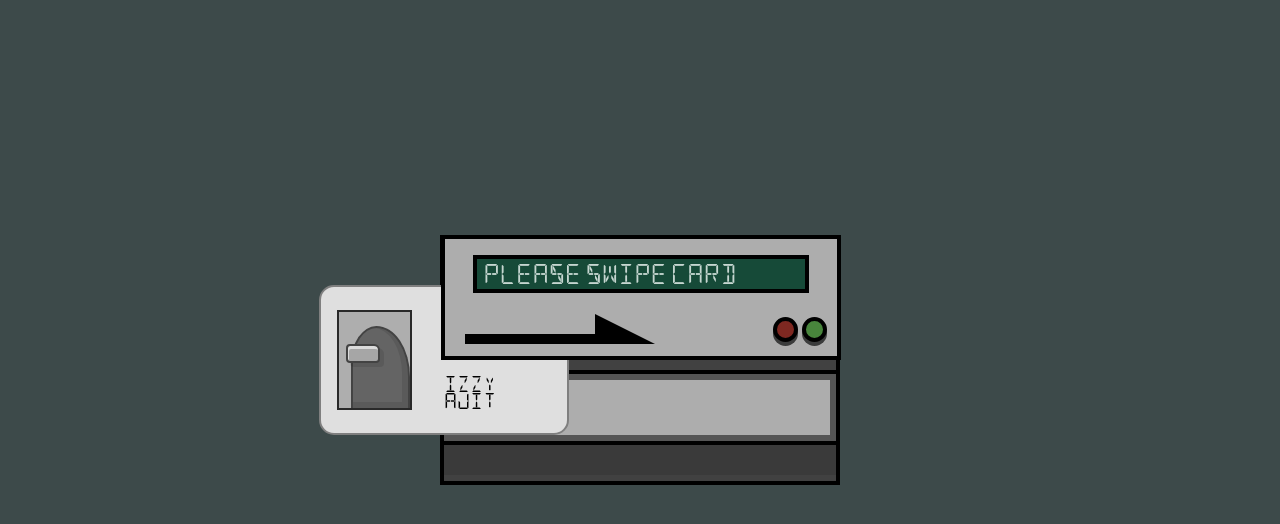
Repository: Aaquib111/Aaquib111.github.io
Page: treasure-page.html
These files come from the project's save history. The page is drawn as it stood at one moment and after the next save; the edit follows.
The browser window is 1280 px wide. The pictures show the whole page.
Some web fonts or font styles are not loaded; a fallback is used.

Above is the page before, as saved 2021-05-20 20:19:31.

After the next save:
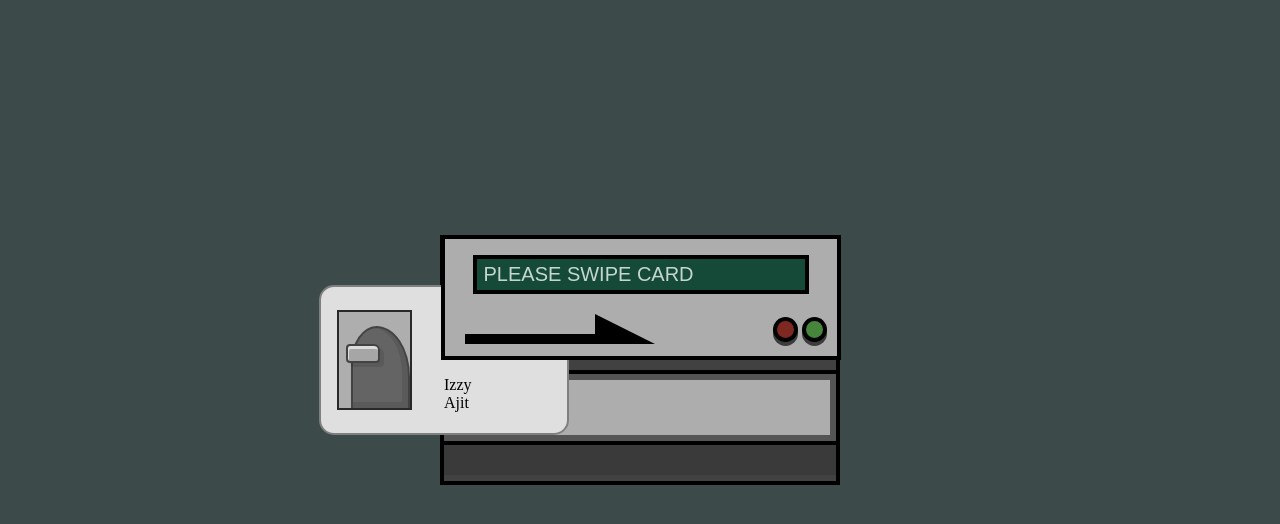
Saved 2 min 48 s later.
--- a/css/swipe.css
+++ b/css/swipe.css
@@ -230,9 +230,8 @@
   }
   @font-face {
     font-family: 'DSEG14Classic';
-    src: url('fonts/DSEG14Classic-Regular.woff') format('woff'),
-        url('https://thomaspark.co/projects/among-us-card-swipe/fonts/DSEG14-Classic/DSEG14Classic-Regular.woff2') format('woff2'),
-        url('https://thomaspark.co/projects/among-us-card-swipe/fonts/DSEG14-Classic/DSEG14Classic-Regular.ttf')  format('truetype');
+    src: url('fonts/digital-7.woff') format('woff'),
+
     /*url('https://thomaspark.co/projects/among-us-card-swipe/fonts/DSEG14-Classic/DSEG14Classic-Regular.woff2') format('woff2'),
          url('https://thomaspark.co/projects/among-us-card-swipe/fonts/DSEG14-Classic/DSEG14Classic-Regular.ttf')  format('truetype');*/
   }
